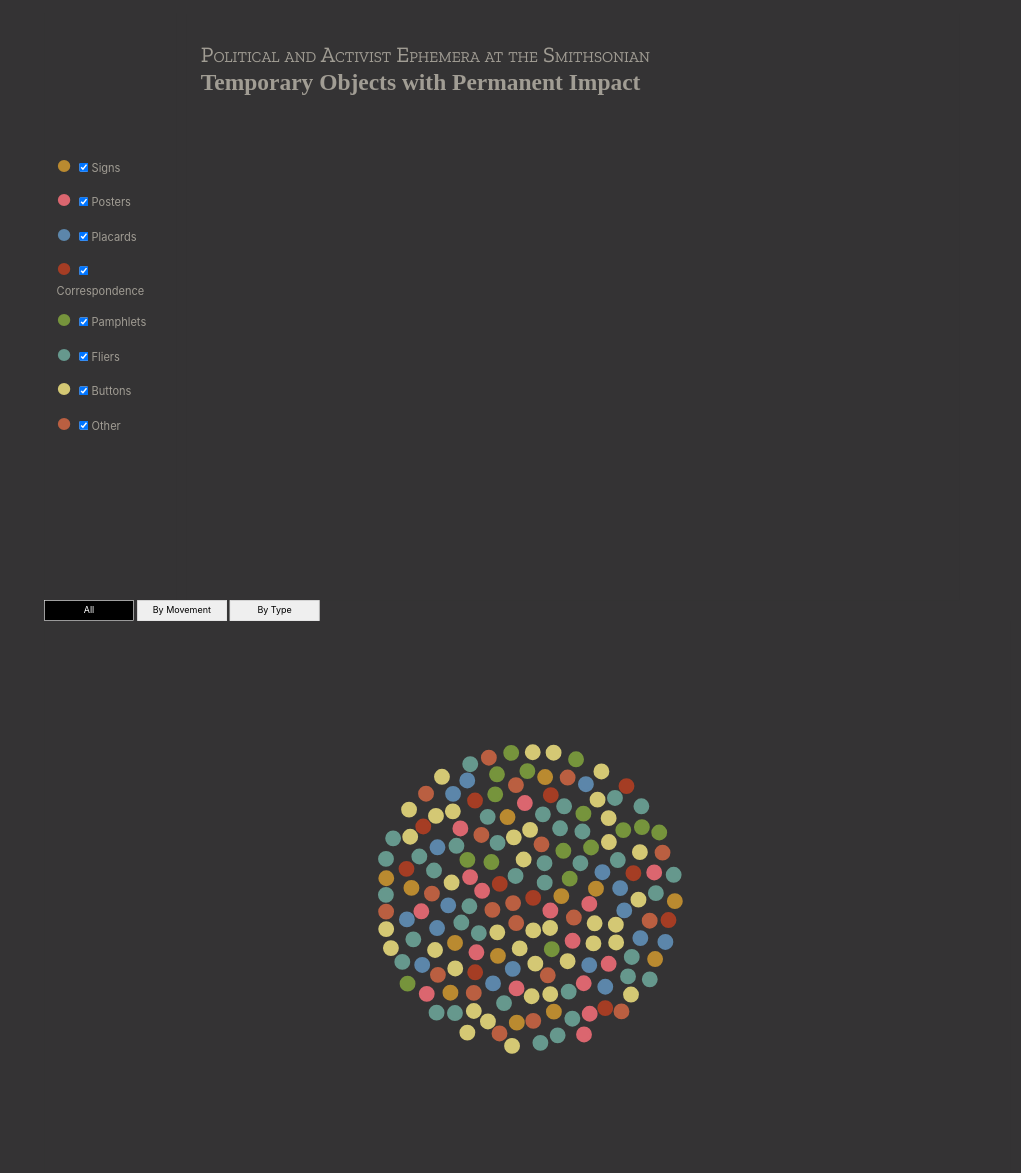
Repository: m0llyc00k/Major-studio-1
Page: Final/index.html
The author's editor kept a record of every edit. The page is drawn from the files as they stood at one moment, then again after the next edit.
The browser window is 1280 px wide. The page is 1479 px wide, so the pictures cover 1479 px, including what lies to the right of the window. The pictures show the whole page, at 69% of full size.
The page's requests for data from a server got no answer. Some web fonts or font styles are not loaded; a fallback is used.

Above is the page before.

After the next edit:
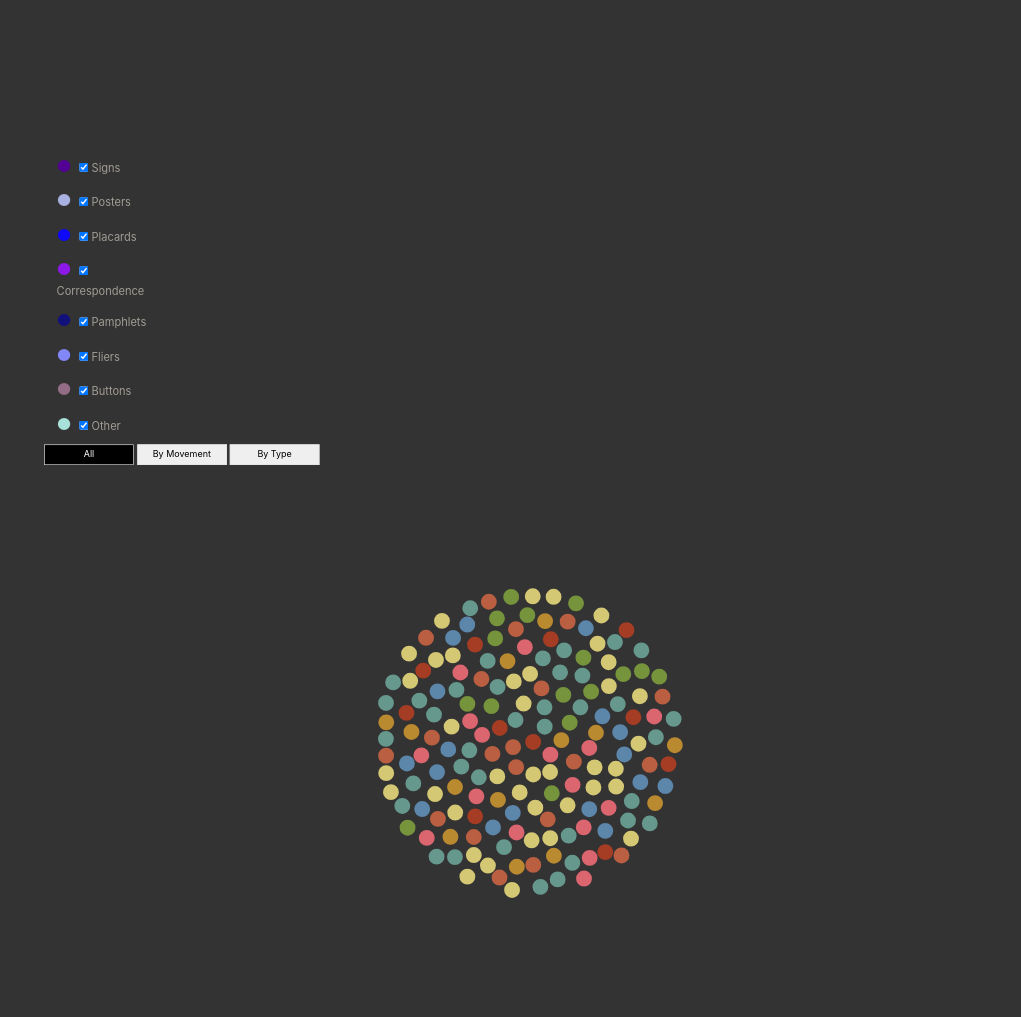
Console error: SyntaxError: missing ) after argument list
The edit:
--- a/Final/beeswarm.js
+++ b/Final/beeswarm.js
@@ -228,7 +228,8 @@
             .attr("fill", function(d) {
                 return colors(d.typeSort)
             })
-                        .on("start", dragstarted)
+                    .call(d3.drag()
+            .on("start", dragstarted)
             .on("drag", dragged)
             .on("end", dragended);
 

After the edit that followed:
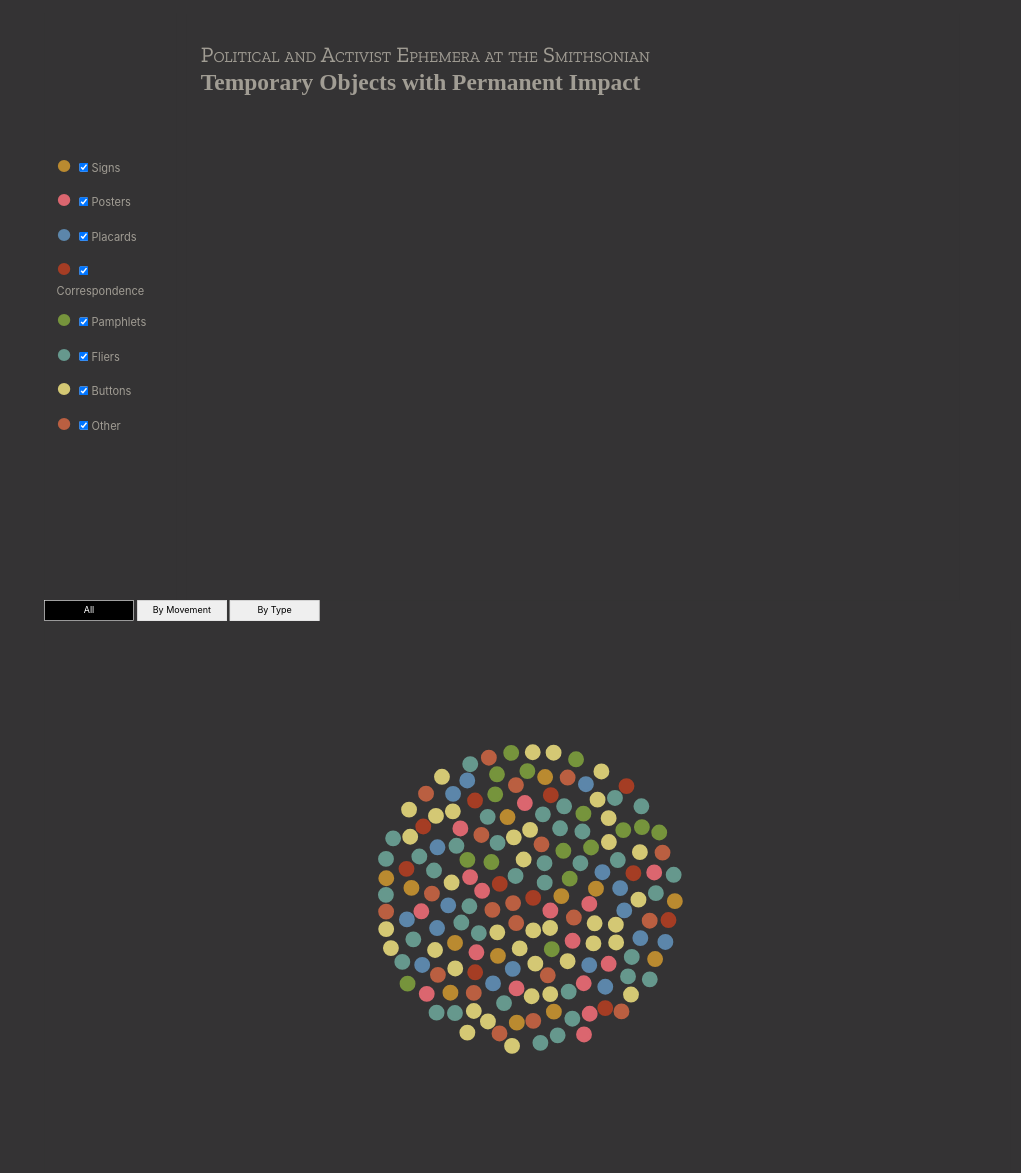
The error is gone.
The edit:
--- a/Final/beeswarm.js
+++ b/Final/beeswarm.js
@@ -231,7 +231,7 @@
                     .call(d3.drag()
             .on("start", dragstarted)
             .on("drag", dragged)
-            .on("end", dragended);
+            .on("end", dragended));
 
 
         //map just the images on the beeswarm
